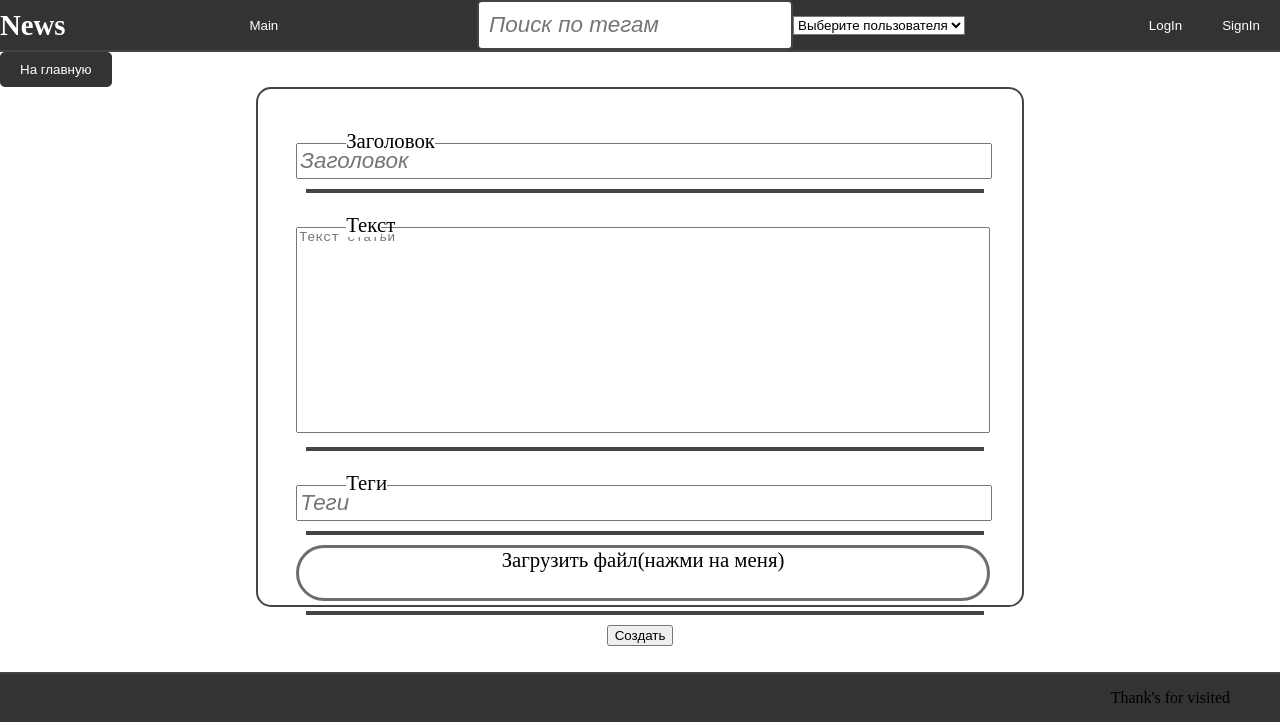
Repository: Igor-Blazhko/news_frontend
Page: /CreatePost
These files come from the project's save history. The page is drawn as it stood at one moment and after the next save; the edit follows.
The browser window is 1280 px wide. The pictures show the whole page.
The project was rebuilt for these pictures with package versions that can differ from the ones it lists, and the page was loaded fresh each time. Also part of the build but not shown: vite.config.ts, src/components/allPost/onePost/onePost.module.css, src/components/allPost/onePost/onePost.tsx, src/components/allPost/allPost.tsx, src/components/auth/logIn/login.module.css, src/components/auth/logIn/login.tsx, src/components/auth/register/register.tsx, src/components/pageOnePost/comments/comment.tsx and 2 more.

Above is the page before, as saved 2024-07-15 17:43:18.

After the next save:
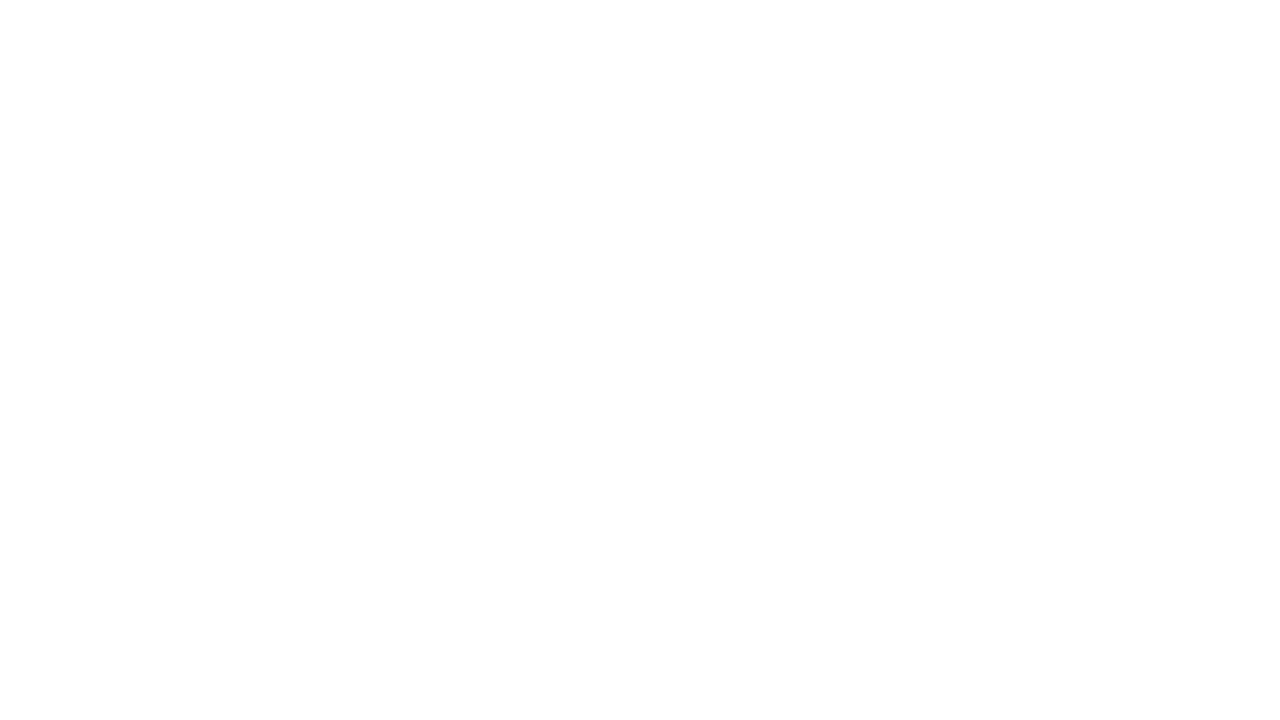
Console error: TypeError: Cannot read properties of undefined (reading 'current')
Saved 2 min 19 s later.
--- a/src/components/createPost/createPost.tsx
+++ b/src/components/createPost/createPost.tsx
@@ -11,7 +11,7 @@ import { States } from "../../store";
 export default function CreatePost(){
     const [ref, setRef] = useState(0);
     const [upload ,setUpload] = useState(false)
-    const file = useRef(null)
+    const [file, setFile] = useState()
     const article = useRef(null)
     const text = useRef(null)
     const tags = useRef()
@@ -81,7 +81,7 @@ export default function CreatePost(){
                             <input ref={file} type="file" name="file" className={styles.file} hidden onChange={(e)=>{
                                 setUpload(()=>true);
                                 setRef((val)=>val+1)
-                                console.log(e.target.files[0])
+                                setFile(e.target.files[0])
                                 }}/>
                         </label>
                     </div>

After the 4 saves that followed:
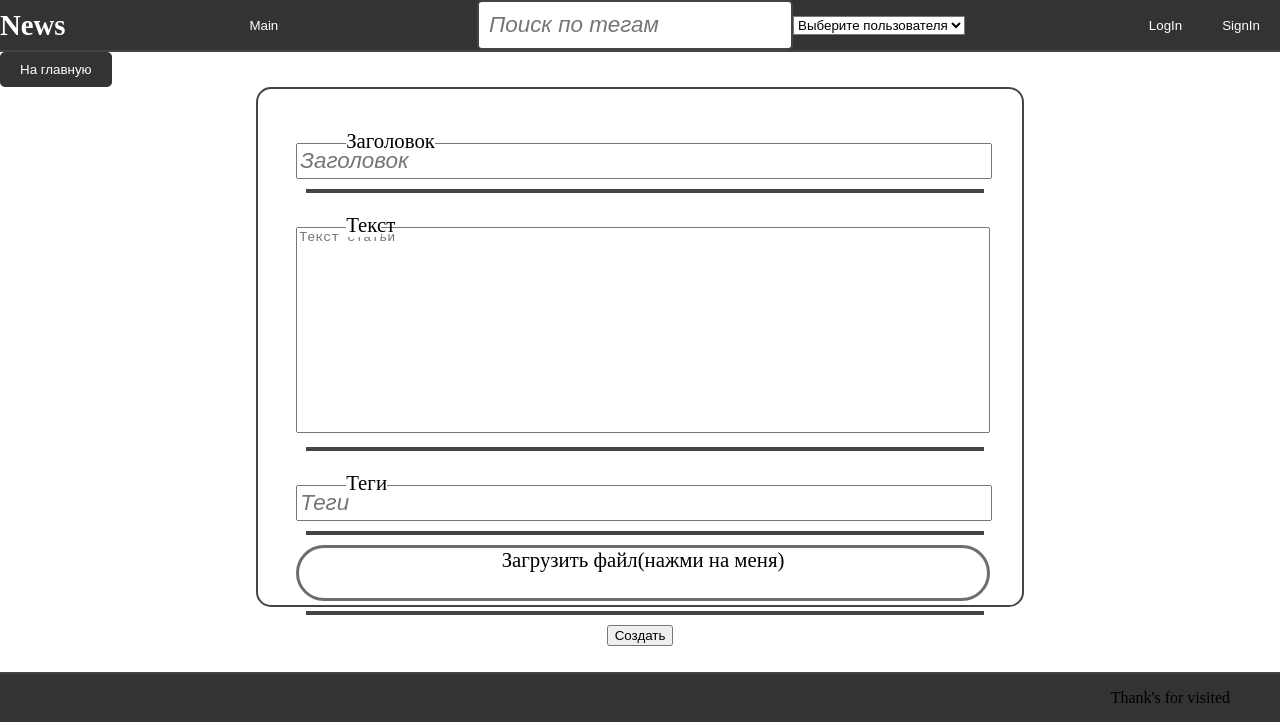
The error is gone.
The 4 saves are shown as one change because 2 left the picture as it was and some came seconds apart.
The last was saved 25 s later.
--- a/src/components/createPost/createPost.tsx
+++ b/src/components/createPost/createPost.tsx
@@ -17,8 +17,6 @@ export default function CreatePost(){
     const tags = useRef()
     const JWT = useSelector( (state:States) => state.JWT)
     useEffect(()=>{
-        if (file.current)
-        console.log(file.current.value)
     },[ref])
 
     function loadPost (event:Event){
@@ -29,7 +27,7 @@ export default function CreatePost(){
             article: article.current.value,
             text: text.current.value,
             tags: getTags(tags.current.value),
-            file: file.current.files[0]
+            file: file
         }
 
         console.log(JSON.stringify(body))
